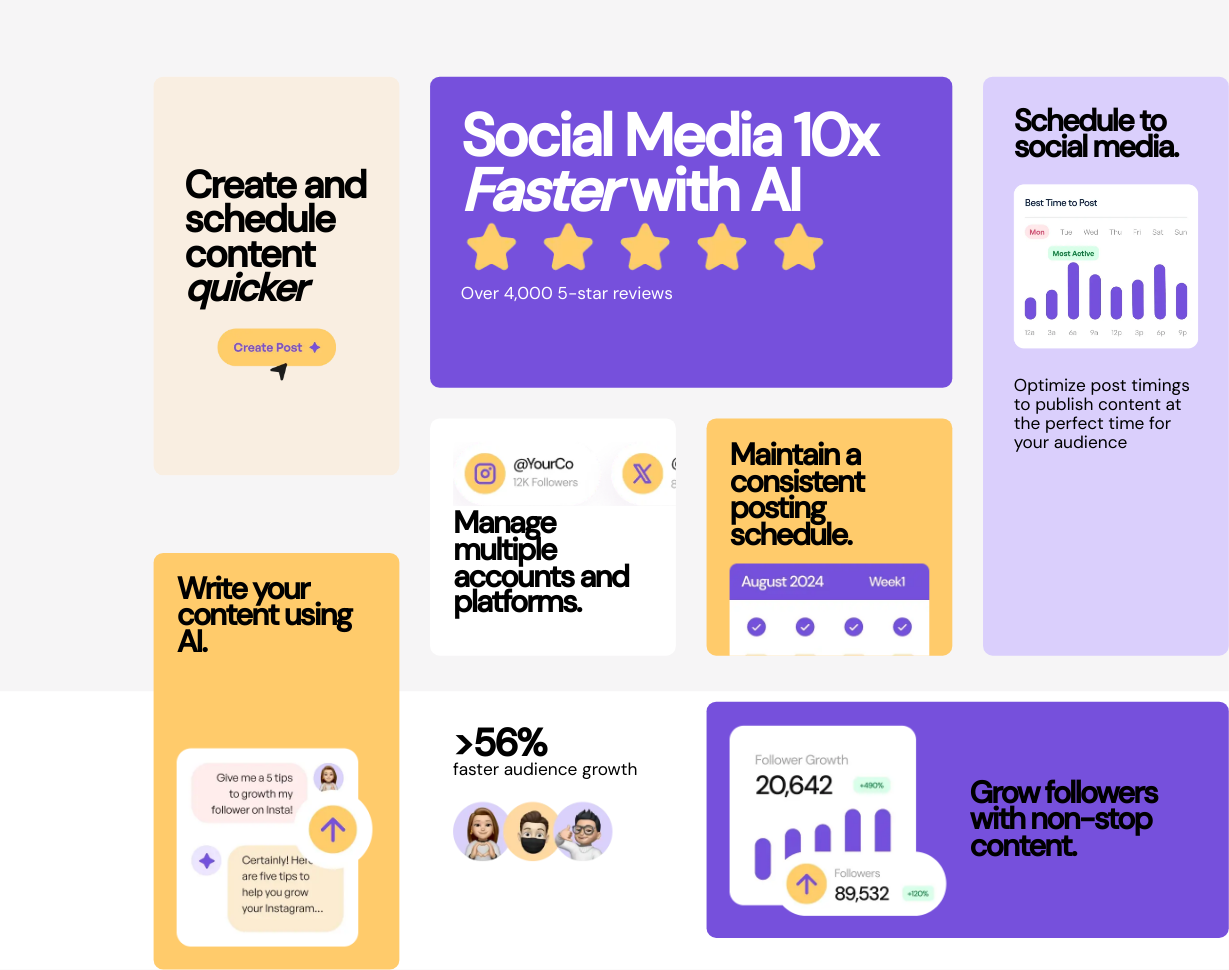
Repository: brandontaylor1/bento-grid
Page: index.html
The author's editor kept a copy of each file at every save. The page is drawn from the files as they stood at one save, then again after the next save.
The browser window is 1280 px wide. The pictures show the whole page, at 96% of full size.

Above is the page before, as saved 2025-01-22 11:53:09.

After the next save:
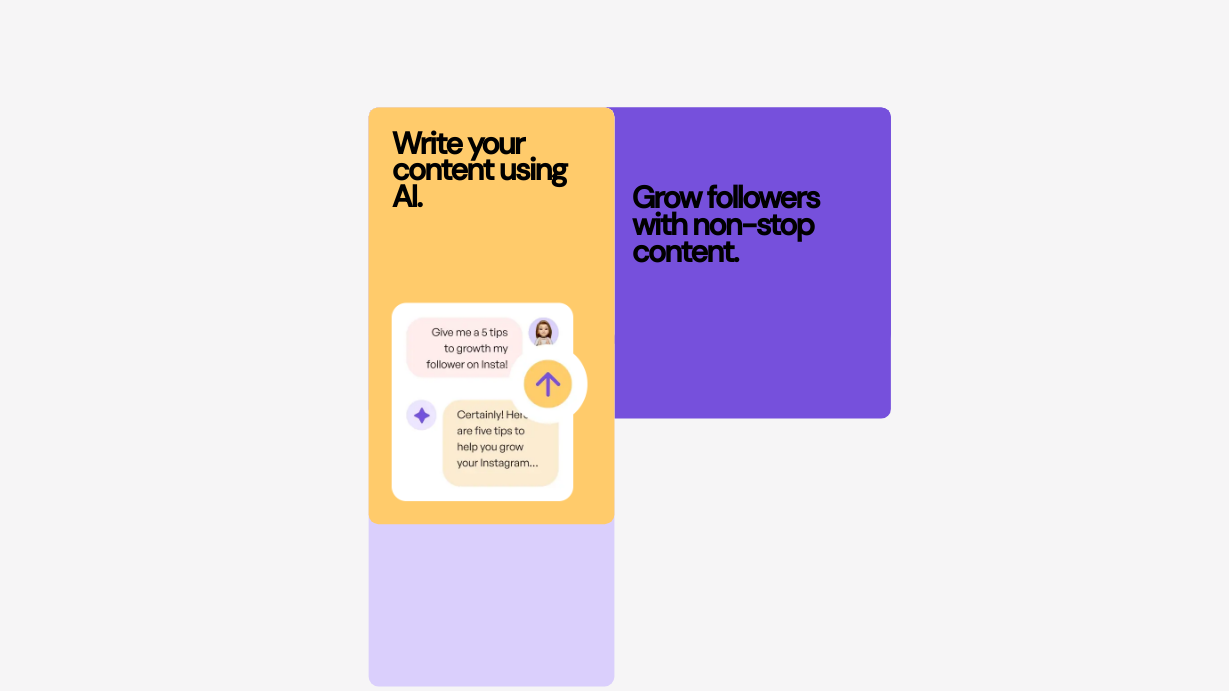
Saved 50 s later.
--- a/styles.css
+++ b/styles.css
@@ -107,8 +107,8 @@
     width: 100%;
     display: grid;
     grid-template-areas:
-    " a b b b b c c"
-    " a b b b b c c"
+    " a b b b b c"
+    " a b b b b c"
     " a d d e e c c "
     " f d d e e c c"
     " f g g h h h h"

After the save that followed:
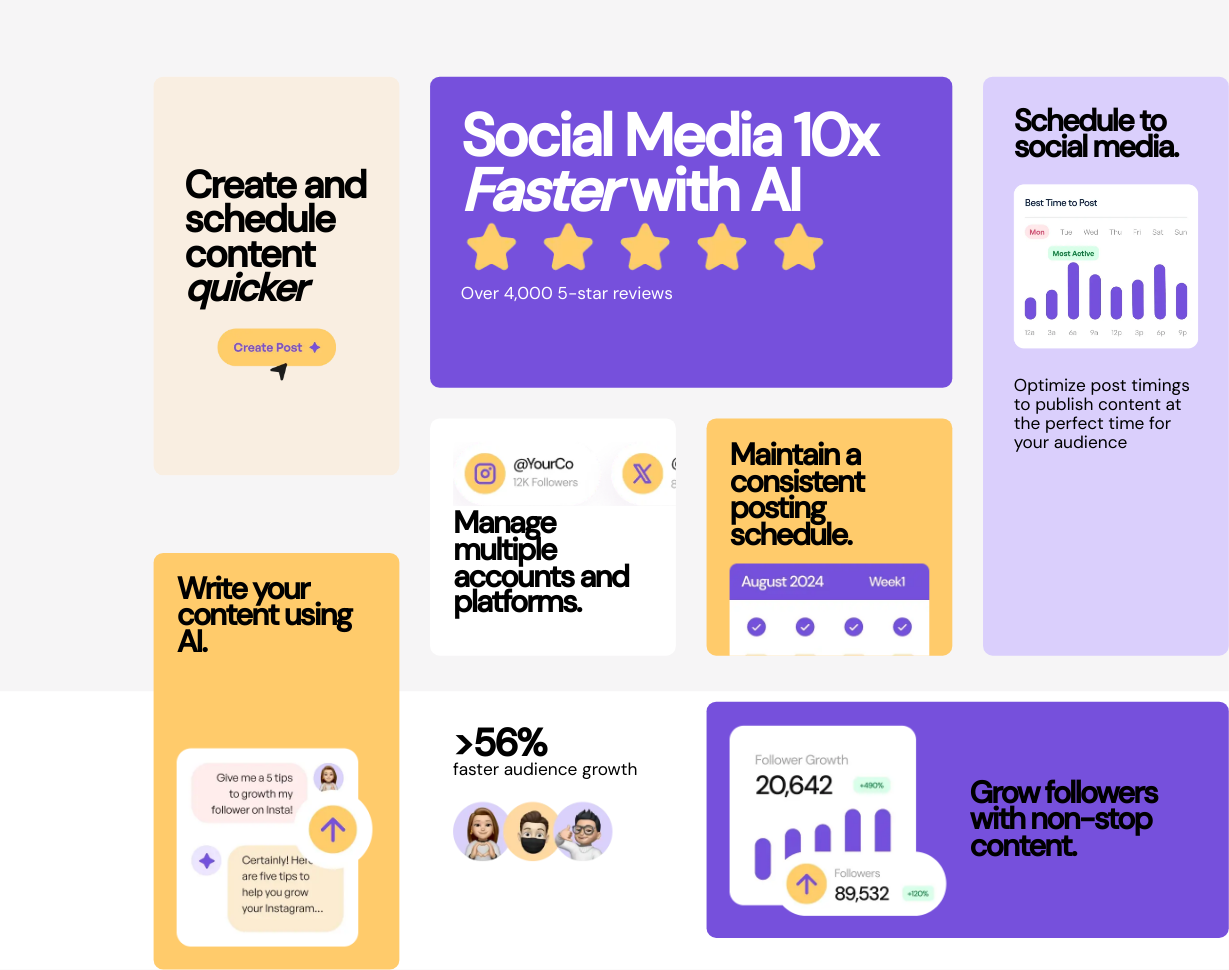
Saved 33 s later.
--- a/styles.css
+++ b/styles.css
@@ -109,10 +109,10 @@
     grid-template-areas:
     " a b b b b c"
     " a b b b b c"
-    " a d d e e c c "
-    " f d d e e c c"
-    " f g g h h h h"
-    " f g g h h h h";
+    " a d d e e c "
+    " f d d e e c"
+    " f g g h h h"
+    " f g g h h h";
     gap: 32px;
     width: 100%;
     padding: 80px 160px 65px 160px;
